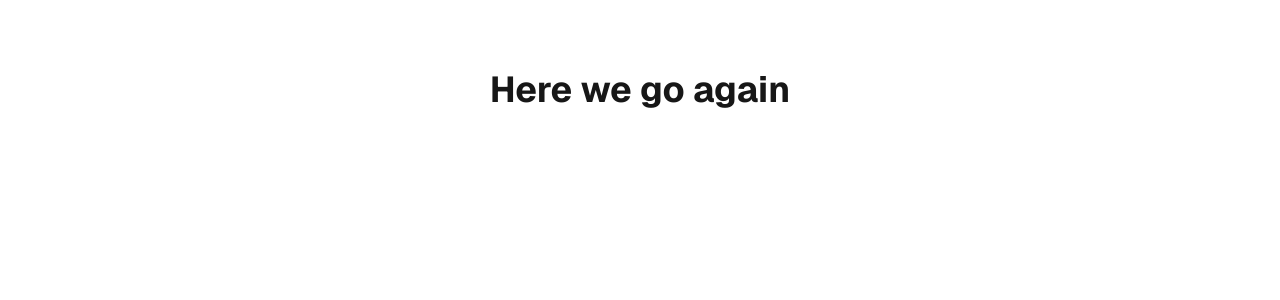
Repository: samuel355/asls
Page: /
These files come from the project's save history. The page is drawn as it stood at one moment and after the next save; the edit follows.
The browser window is 1280 px wide. The pictures show the whole page.
The project was rebuilt for these pictures with package versions that can differ from the ones it lists, and the page was loaded fresh each time. The framework's server and built-in components were replaced by stand-ins that run in the browser. Also part of the build but not shown: next.config.ts.

Above is the page before, as saved 2025-04-13 11:23:44.

### app/page.tsx


export default function Home() {
  return (
    <div className="grid grid-rows-[20px_1fr_20px] items-center justify-items-center min-h-screen p-8 pb-20 gap-16 sm:p-20 font-[family-name:var(--font-geist-sans)]">
      <h1 className="text-4xl font-bold">Here we go again</h1>
    </div>
  );
}

Loaded but not shown: app/layout.tsx (common file); app/globals.css (common file)

After the next save:
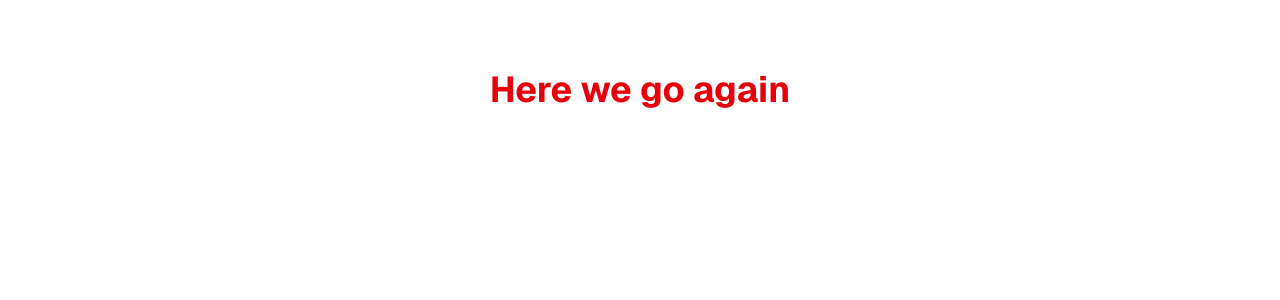
Saved 6 s later.
--- a/app/page.tsx
+++ b/app/page.tsx
@@ -3,7 +3,7 @@
 export default function Home() {
   return (
     <div className="grid grid-rows-[20px_1fr_20px] items-center justify-items-center min-h-screen p-8 pb-20 gap-16 sm:p-20 font-[family-name:var(--font-geist-sans)]">
-      <h1 className="text-4xl font-bold">Here we go again</h1>
+      <h1 className="text-4xl font-bold text-red-600">Here we go again</h1>
     </div>
   );
 }
